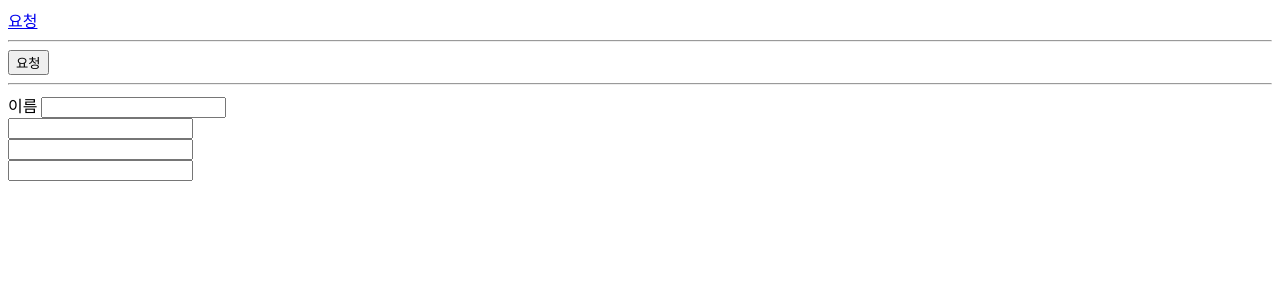
Repository: shyeom94/jspstudy
Page: 01_servlet/src/main/webapp/pkg02_request/NewFile.html
An editor plug-in stored every save of this project. The page is shown before and after the next save, followed by the edit.
The browser window is 1280 px wide. The pictures show the whole page.

Above is the page before, as saved 2024-02-28 01:28:20.

After the next save:
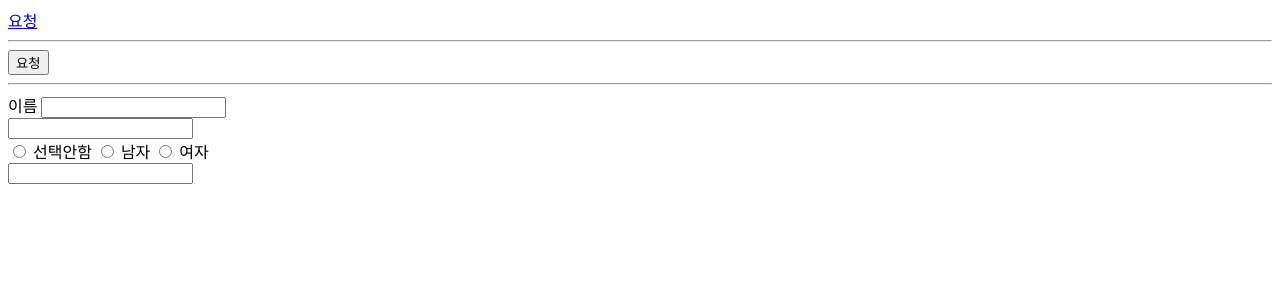
Saved 3 min 7 s later.
--- a/01_servlet/src/main/webapp/pkg02_request/NewFile.html
+++ b/01_servlet/src/main/webapp/pkg02_request/NewFile.html
@@ -51,8 +51,12 @@
       <input type="text" name="email" id="email">
     </div>
     <div class="inp-wrap">
-      <label for=""></label>
-      <input type="" name="" id="">
+      <input type="radio" name="gender" id="none">
+      <label for="none">선택안함</label>
+      <input type="radio" name="gender" id="man">
+      <label for="none">남자</label>
+      <input type="radio" name="gender" id="woman">
+      <label for="none">여자</label>
     </div>
     <div class="inp-wrap">
       <label for=""></label>
